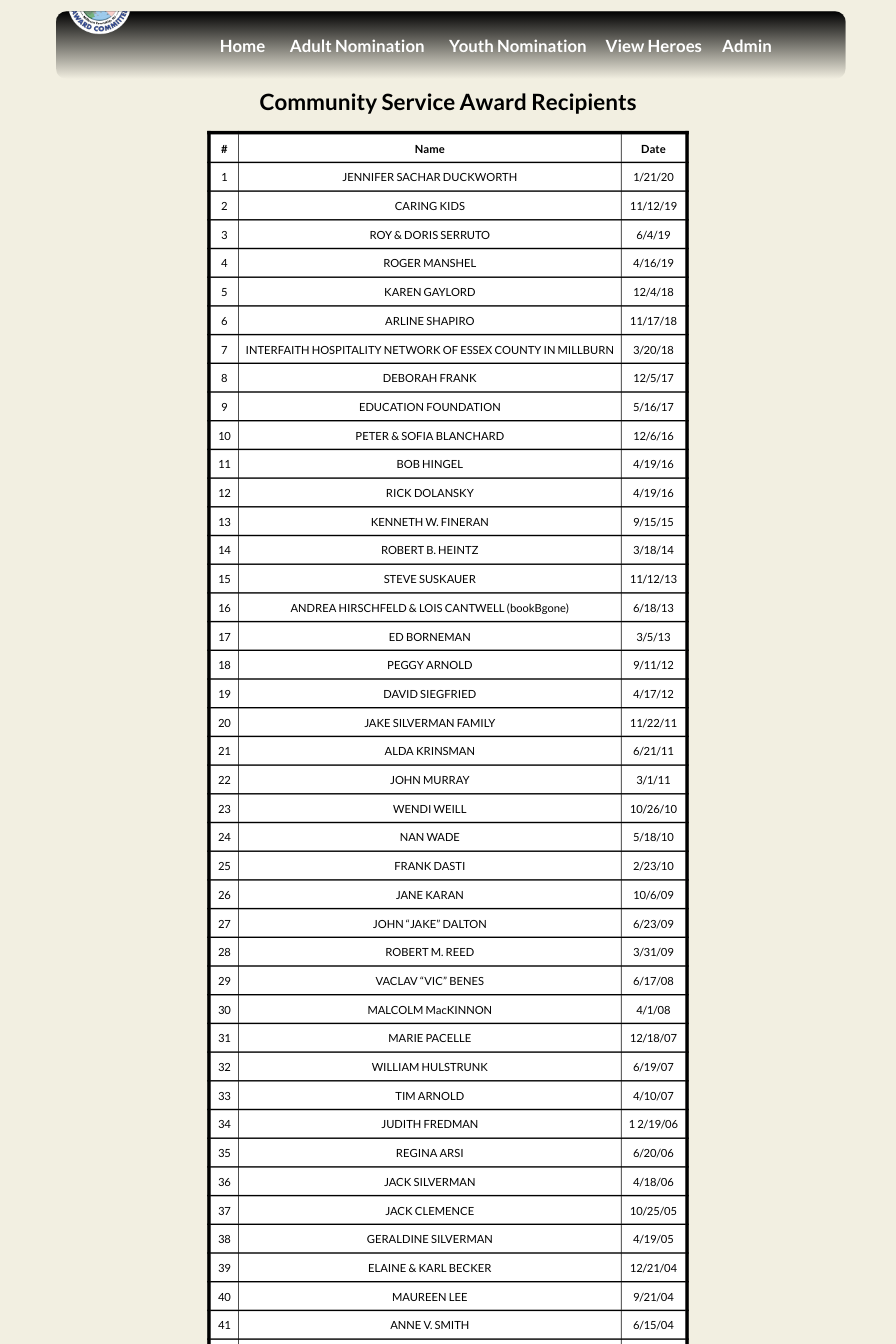
Repository: Centrattic/Young-Heroes-Website
Page: http://localhost/Frontend/before2020.php
These files come from the project's save history. The page is drawn as it stood at one moment and after the next save; the edit follows.
The browser window is 1280 px wide. The pictures show the part of the page from y = 0 to 1920 px (the page is 3723 px tall), at 70% of full size.
The page is run by PHP 8.4 with error messages shown; the project is at /var/www/html/.

Above is the page before, as saved 2020-12-21 14:15:29.

### Eagle Project/Frontend/before2020.php
<?php
require '../Backend/functions.php';
require '../Backend/dbhconnect.php';
?>

<html>
  <head>
    <link href="https://fonts.googleapis.com/css2?family=Lato:ital,wght@0,400;0,700;1,300;1,400&display=swap" rel="stylesheet">
    <link href="../CSS/home.css" rel="stylesheet" type="text/css" />

    <link rel = "stylesheet" href = "../CSS/navbar.css">
  </head>

  <body>

    <?php
        navbar();
    ?>

    <h1> Community Service Award Recipients</h1> <!-- Most recent first!!! -->
    <br>

    <style>
        #before2020-table {
            margin: 0 auto;
            border: 5px solid black;
            border-radius: 0px;
            background-color: white;
        }

        th,td {
            padding: 10px;
        }

        /*td:nth-child(1) {
            border-right: 2px solid black;
            border-radius: 0px;
            padding-bottom: 0px;
            margin-bottom: 0px;
        }*/

        tr {
            border: 2px solid black;
        }

    </style>

    <table id = "before2020-table" rules = "all">
        <tr>
            <th> # </th>
            <th> Name </th>
            <th> Date </th>
        </tr>
        <!-- Most to least recent-->


        <tr class = "last-of-year">
            <td> 1 </td>
            <td> JENNIFER SACHAR DUCKWORTH </td>
            <td> 1/21/20 </td>
        </tr>

		<tr>
            <td> 2 </td>
            <td> CARING KIDS </td>
            <td> 11/12/19 </td>
        </tr>

		<tr>
            <td> 3 </td>
            <td> ROY & DORIS SERRUTO </td>
            <td> 6/4/19 </td>
        </tr>

		<tr>
            <td> 4 </td>
            <td> ROGER MANSHEL</td>
            <td> 4/16/19 </td>
        </tr>

		<tr>
            <td> 5 </td>
            <td> KAREN GAYLORD </td>
            <td> 12/4/18 </td>
        </tr>

		<tr>
            <td> 6 </td>
            <td> ARLINE SHAPIRO</td>
            <td> 11/17/18 </td>
        </tr>

		<tr>
            <td> 7 </td>
            <td> INTERFAITH HOSPITALITY NETWORK OF ESSEX COUNTY IN MILLBURN </td>
            <td> 3/20/18 </td>
        </tr>

		<tr>
            <td> 8 </td>
            <td> DEBORAH FRANK </td>
            <td> 12/5/17 </td>
        </tr>

		<tr>
            <td> 9 </td>
            <td> EDUCATION FOUNDATION </td>
            <td> 5/16/17 </td>
        </tr>
		<tr>
            <td> 10 </td>
            <td> PETER & SOFIA BLANCHARD </td>
            <td> 12/6/16 </td>
        </tr>

		<tr>
            <td> 11 </td>
            <td> BOB HINGEL </td>
            <td> 4/19/16 </td>
        </tr>

		<tr>
            <td> 12 </td>
            <td> RICK DOLANSKY </td>
            <td> 4/19/16 </td>
        </tr>

		<tr>
            <td> 13 </td>
            <td> KENNETH W. FINERAN </td>
            <td> 9/15/15 </td>
        </tr>

		<tr>
            <td> 14 </td>
            <td> ROBERT B. HEINTZ </td>
            <td> 3/18/14 </td>
        </tr>

		<tr>
            <td> 15 </td>
            <td> STEVE SUSKAUER </td>
            <td> 11/12/13 </td>
        </tr>

		<tr>
            <td> 16 </td>
            <td> ANDREA HIRSCHFELD & LOIS CANTWELL (bookBgone) </td>
            <td> 6/18/13 </td>
        </tr>

		<tr>
            <td> 17 </td>
            <td> ED BORNEMAN </td>
            <td> 3/5/13 </td>
        </tr>

		<tr>
            <td> 18 </td>
            <td> PEGGY ARNOLD </td>
            <td> 9/11/12 </td>
        </tr>

		<tr>
            <td> 19 </td>
            <td> DAVID SIEGFRIED </td>
            <td> 4/17/12 </td>
        </tr>

		<tr>
            <td> 20 </td>
            <td> JAKE SILVERMAN FAMILY </td>
            <td> 11/22/11 </td>
        </tr>

		<tr>
            <td> 21 </td>
            <td> ALDA KRINSMAN </td>
            <td> 6/21/11 </td>
        </tr>

		<tr>
            <td> 22 </td>
            <td> JOHN MURRAY </td>
            <td> 3/1/11 </td>
        </tr>

		<tr>
            <td> 23 </td>
            <td> WENDI WEILL </td>
            <td> 10/26/10 </td>
        </tr>

		<tr>
            <td> 24 </td>
            <td> NAN WADE </td>
            <td> 5/18/10 </td>
        </tr>

        <tr>
            <td> 25 </td>
            <td> FRANK DASTI </td>
            <td> 2/23/10 </td>
        </tr>

        <tr>
            <td> 26 </td>
            <td> JANE KARAN </td>
            <td> 10/6/09 </td>
        </tr>

        <tr>
            <td> 27 </td>
            <td> JOHN “JAKE” DALTON </td>
            <td> 6/23/09 </td>
        </tr>

        <tr>
            <td> 28 </td>
            <td> ROBERT M. REED </td>
            <td> 3/31/09 </td>
        </tr>

        <tr>
            <td> 29 </td>
            <td> VACLAV “VIC” BENES </td>
            <td> 6/17/08 </td>
        </tr>

		<tr>
            <td> 30 </td>
            <td> MALCOLM MacKINNON </td>
            <td> 4/1/08 </td>
        </tr>

		<tr>
            <td> 31 </td>
            <td> MARIE PACELLE </td>
            <td> 12/18/07 </td>
        </tr>

		<tr>
            <td> 32 </td>
            <td> WILLIAM HULSTRUNK </td>
            <td> 6/19/07 </td>
        </tr>

		<tr>
            <td> 33 </td>
            <td> TIM ARNOLD </td>
            <td> 4/10/07 </td>
        </tr>

		<tr>
            <td> 34 </td>
            <td> JUDITH FREDMAN </td>
            <td> 1 2/19/06 </td>
        </tr>

		<tr>
            <td> 35 </td>
            <td> REGINA ARSI </td>
            <td> 6/20/06 </td>
        </tr>

		<tr>
            <td> 36 </td>
            <td> JACK SILVERMAN </td>
            <td> 4/18/06 </td>
        </tr>

        <tr>
            <td> 37 </td>
            <td> JACK CLEMENCE </td>
            <td> 10/25/05 </td>
        </tr>

        <tr>
            <td> 38 </td>
            <td> GERALDINE SILVERMAN </td>
            <td> 4/19/05 </td>
        </tr>

        <tr>
            <td> 39 </td>
            <td> ELAINE & KARL BECKER </td>
            <td> 12/21/04 </td>
        </tr>

		<tr>
            <td> 40 </td>
            <td> MAUREEN LEE </td>
            <td> 9/21/04 </td>
        </tr>

		<tr>
            <td> 41 </td>
            <td> ANNE V. SMITH </td>
            <td> 6/15/04 </td>
        </tr>

		<tr>
            <td> 42 </td>
            <td> W. OWEN LAMPE </td>
            <td> 4/8/04 </td>
        </tr>

		<tr>
            <td> 43 </td>
            <td> EVA GOTTSCHO </td>
            <td> 12/2/03 </td>
        </tr>

		<tr>
            <td> 44 </td>
            <td> WILLIAM E. JUDES </td>
            <td> 6/10/03 </td>
        </tr>

		<tr>
            <td> 45 </td>
            <td> DELIA WALBRIDGE </td>
            <td> 12/3/02 </td>
        </tr>

		<tr>
            <td> 46 </td>
            <td> SHARON & AVI BRENDER </td>
            <td> 9/10/02 </td>
        </tr>

		<tr>
            <td> 47 </td>
            <td> ANGELO Del ROSSI </td>
            <td> 6/11/02 </td>
        </tr>

		<tr>
            <td> 48 </td>
            <td> LOUISE GILI </td>
            <td> 11/20/01 </td>
        </tr>

		<tr>
            <td> 49 </td>
            <td> THOMAS J. EAKLEY </td>
            <td> 8/21/01 </td>
        </tr>

		<tr>
            <td> 50 </td>
            <td> SHERMAN T. BREWER, JR. </td>
            <td> 3/20/01 </td>
        </tr>

		<tr>
            <td> 51 </td>
            <td> MARK GUTERMAN </td>
            <td> 12/5/00 </td>
        </tr>

		<tr>
            <td> 52 </td>
            <td> ELEANOR T. McGLAUGHLIN </td>
            <td> 9/19/00 </td>
        </tr>

		<tr>
            <td> 53 </td>
            <td> JOAN DAESCHLER </td>
            <td> 6/13/00 </td>
        </tr>

		<tr>
            <td> 54 </td>
            <td> WALTER JEFFREY, JR. </td>
            <td> 4/18/00 </td>
        </tr>

		<tr>
            <td> 55 </td>
            <td> DR. PAUL KEARNEY </td>
            <td> 11/9/99 </td>
        </tr>

		<tr>
            <td> 56 </td>
            <td> LEIGH GIFFORD </td>
            <td> 4/13/99 </td>
        </tr>

		<tr>
            <td> 57 </td>
            <td> LYNNE RANIERI </td>
            <td> 12/15/98 </td>
        </tr>

		<tr>
            <td> 58 </td>
            <td> ELAINE BIRNHOLZ </td>
            <td> 10/20/98 </td>
        </tr>

		<tr>
            <td> 59 </td>
            <td> NANCY GOAT </td>
            <td> 6/9/98 </td>
        </tr>

		<tr>
            <td> 60 </td>
            <td> JAMES LAURIE </td>
            <td> 3/17/98 </td>
        </tr>




		<tr>
            <td> 61 </td>
            <td> JOAN BORNEMAN </td>
            <td> 12/16/97 </td>
        </tr>

		<tr>
            <td> 62 </td>
            <td> PHYLLIS KINGSBURY </td>
            <td> 10/7/97 </td>
        </tr>

		<tr>
            <td> 63 </td>
            <td> LINDSEY REBECCA HUSTON </td>
            <td> 6/24/97 </td>
        </tr>

		<tr>
            <td> 64 </td>
            <td> ALFRED H. CONNELLEE </td>
            <td> 4/19/97 </td>
        </tr>

		<tr>
            <td> 65 </td>
            <td> HARRIET LOWENGRUB </td>
            <td> 12/3/96 </td>
        </tr>

		<tr>
            <td> 66 </td>
            <td> JOHN S. WARE </td>
            <td> 6/25/96 </td>
        </tr>

        <tr>
            <td> 67 </td>
            <td> SUSANNAH J. LIKINS </td>
            <td> 3/19/96 </td>
        </tr>

        <tr>
            <td> 68 </td>
            <td> IRIS STOLOFF </td>
            <td> 12/5/95 </td>
        </tr>

        <tr>
            <td> 69 </td>
            <td> DOUGLAS REED </td>
            <td> 9/5/95 </td>
        </tr>

		<tr>
            <td> 70 </td>
            <td> CHARLES T. & DOROTHY KING </td>
            <td> 6/27/95 </td>
        </tr>

		<tr>
            <td> 71 </td>
            <td> ROBERT E. MARSHALL </td>
            <td> 3/21/95 </td>
        </tr>

        <tr>
            <td> 72 </td>
            <td> LOUIS J. KURTZ </td>
            <td> 2/6/94 </td>
        </tr>

		<tr>
            <td> 73 </td>
            <td> LEZETTE PROUD </td>
            <td> 9/13/94 </td>
        </tr>

		<tr>
            <td> 74 </td>
            <td> LAUREN HUSTON </td>
            <td> 6/14/94 </td>
        </tr>

		<tr>
            <td> 75 </td>
            <td> DONALD L. CAMPBELL </td>
            <td> 7/6/93 </td>
        </tr>

		<tr>
            <td> 76 </td>
            <td> MAUREEN S. SILVER </td>
            <td> 4/27/93 </td>
        </tr>

        <tr>
            <td> 77 </td>
            <td> STEPHEN LEIT </td>
            <td> 6/16/92 </td>
        </tr>

        <tr>
            <td> 78 </td>
            <td> MURIEL SCHWARTZSTEIN </td>
            <td> 5/5/92 </td>
        </tr>

        <tr>
            <td> 79 </td>
            <td> EVELYN ORTNER </td>
            <td> 3/3/92 </td>
        </tr>

        <tr>
            <td> 80 </td>
            <td> LINDA McDONOUGH </td>
            <td> 12/17/91 </td>
        </tr>

        <tr>
            <td> 81 </td>
            <td> ALFRED T. PEDECINE </td>
            <td> 9/3/91 </td>
        </tr>

        <tr>
            <td> 82 </td>
            <td> EDITH CONNELLEE </td>
            <td> 8/16/91 </td>
        </tr>

        <tr>
            <td> 83 </td>
            <td> LORI FRIEDMAN </td>
            <td> 6/11/91 </td>
        </tr>

        <tr>
            <td> 84 </td>
            <td> WILLIAM CONROE </td>
            <td> 5/21/91 </td>
        </tr>

        <tr>
            <td> 87 </td>
            <td> ELIZABETH NAUGHTON </td>
            <td> 5/5/91 </td>
        </tr>

    </table>








</body>
</html>

### Eagle Project/Backend/dbhconnect.php
<?php
  $servername = "localhost";
  $dbUsername = "root";
  $dbPassword = "";
  $dbName = "young_heroes";

  //connecting to database
  $connection = new mysqli($servername, $dbUsername, $dbPassword, $dbName);

  //error message if connection fails
  if(!$connection){
    die("Connection failed: ".mysqli_connect_error());
  }
?>

### Eagle Project/CSS/home.css
* {
    text-align: center;
    padding: 2px;
    margin: 2px;
    font-family: 'Lato', sans-serif;
    border-radius: 15px;

}

body {
    background-color: #F2EFE1;

}

#homepicgrid {
    display: grid;
    width: auto;
    height: 30%;

    grid-template-columns: auto auto auto auto;
    grid-template-rows: auto;
}

#homepicgrid img {
    height: 100%;
    object-fit: cover;
    width: 100%;
}


#homepagetitle {
    font-size: 2em;
    width: auto;
    background-color: white;
    padding: 10px;
    margin: 5px;
}



#hometextgrid {
    display: grid;
    width: auto;
    margin: 0 auto;
    grid-template-columns: auto auto auto;
    grid-template-rows: auto auto;
}

#hometextgrid div {
    background-color: #E2DECC;
    padding: 20px;
}


#CSAChistory {
    background-color: #E2DECC;
    padding: 20px;
    padding-top: 0;
    margin: 10px 0;
}
#impact {
    background-color: white;
    width: 35%;
    margin: 2% auto;
    border: 10px solid transparent;
    border-image: url("../Images/borderhome.jpg") 30 round !important;
}

#impact h3 {
    margin: 15%;
}


#getinvolved {
    background-image: url("../Images/millburnblossoms.jpg");
    height: 60%;
    display: flex;
    align-items: center;
    justify-content: center;
}

#nominateahero {
    width: 70%;
    padding: 0 20px;
    background-color:  #F2EFE1;
}

#getinvolved p {
    margin: 10px;
}

button {
    font-size: 1em;
}

### Eagle Project/CSS/navbar.css
* {
    text-align: center;
    font-family: 'Lato', sans-serif;
}

body {
    background-color: #F2EFE1;
}


.menu-area li{
    display: inline;
    color: white;
    font-weight: bold;
    font-size: 1.5em;
    padding-bottom: 10px;
}

.menu-area .non-dropdown a{
    display: inline-block;
    padding: 30px 10px;
    color: white;
    box-sizing: border-box;

}

.menu-area a {
    text-decoration: none;
    color: white;
}

.menu-area .nav-dropdown .dropdown-content li a{
    display: inline-block;
    text-align: center;
    padding: 14px 16px;
    text-decoration: none;
}

.menu-area {
    width: 100%;
    background-image: linear-gradient(black, #F2EFE1);
    overflow: hidden;
    border-radius: 15px;
}

.menu-area .non-dropdown:hover{
    border-radius: 0px;
    border-bottom: 10px solid aliceblue;
}

.menu-area li a {
    box-sizing: border-box;
}

.nav-dropbtn {
    text-decoration: none;
    color: white;
}

/*FIX THIS LATER*/


#logout {
    all: unset;
}

body {
    margin: 0 5%;
}

/* ------------------*/



li.nav-dropdown {
    display: inline-block;
}

.dropdown-content {
    display: none;
    position: absolute;
    background-color: #f9f9f9;
    min-width: 150px;
    box-shadow: 0px 8px 16px 0px rgba(0,0,0,0.2);
    z-index: 1;

}

.dropdown-content a {
    color: black;
    padding: 12px 16px;
    text-decoration: none;
    display: block;
    font-size: .9em;
    text-align: left;
}


.dropdown-content a:hover {
    background-color: #f1f1f1;
}


.nav-dropdown:hover .dropdown-content {
    display: block;
    border-radius: 0px;
}


/* Footer*/



.site-footer {
    background-color: #E2DECC;
      text-align: center;
      margin: 10px 0;
      padding: 10px 0;
  }

  #social-wrapper {
      text-align: center;
  }

  /*Social Media Icons*/
  .social-wrapper {
      text-align: center;
  }

  .social-wrapper ul li {
      display: inline;
      margin: 0 5px;
  }

  .twitter-icon,
  .facebook-icon,
  .instagram-icon,
  .linkedin-icon,
  .googleplus-icon,
  .youtube-icon,
  .foursquare-icon{
      margin-top: .625em;
      width: 40px;
      height: 40px;
      opacity: .6;
      filter: alpha(opacity=60); /* For IE8 and earlier */
    border-radius: 25px;
  }

  .twitter-icon:hover,
  .facebook-icon:hover,
  .instagram-icon:hover,
  .linkedin-icon:hover,
  .googleplus-icon:hover,
  .youtube-icon:hover,
  .foursquare-icon:hover {
      opacity: 1.0;
      filter: alpha(opacity=100); /* For IE8 and earlier */
  }

  .footer-nav p {
      text-align: center;
  }

Loaded but not shown: Eagle Project/Backend/functions.php (1101 lines, source omitted)

After the next save:
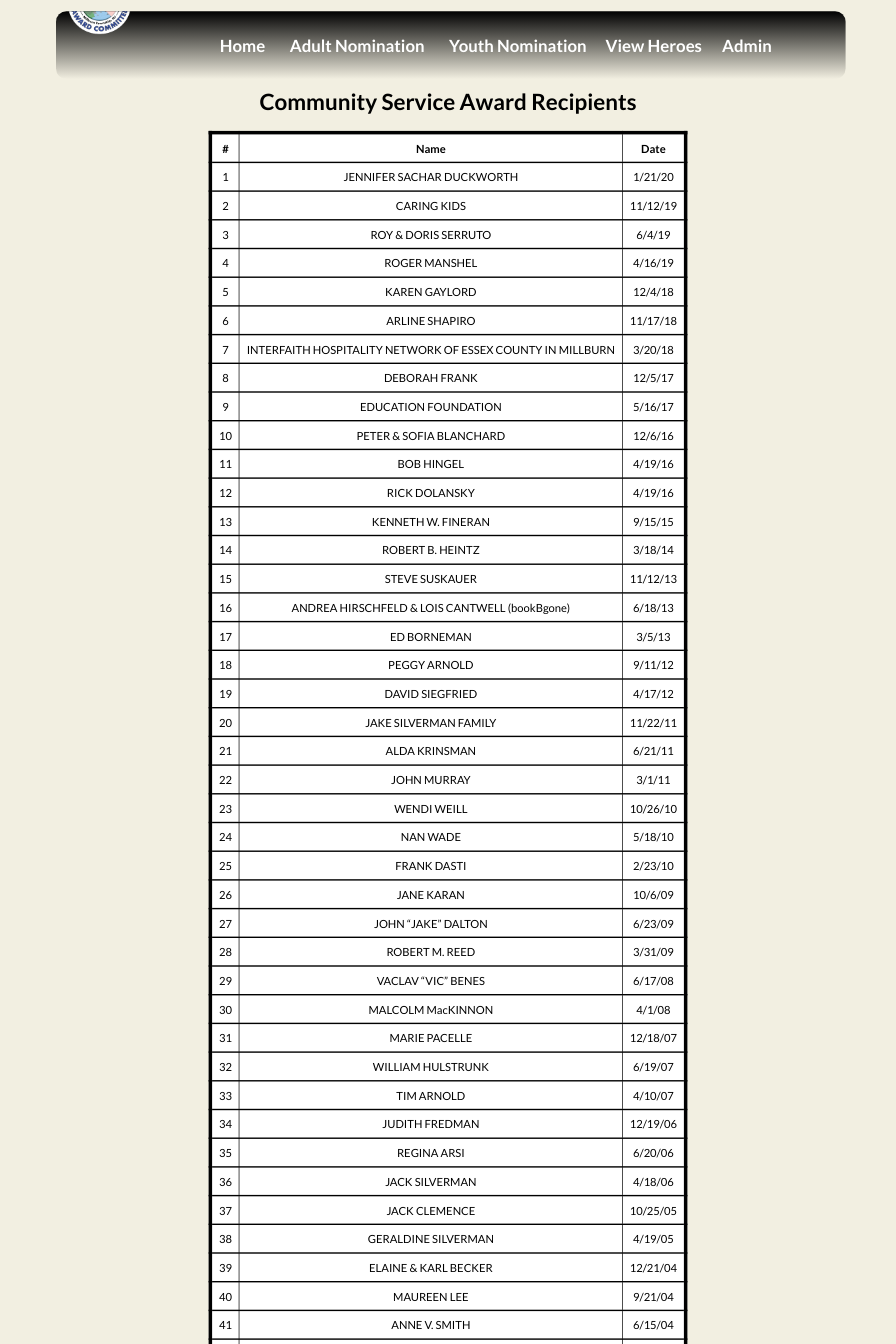
Saved 2 min 39 s later.
--- a/Eagle Project/Frontend/before2020.php
+++ b/Eagle Project/Frontend/before2020.php
@@ -72,7 +72,7 @@ require '../Backend/dbhconnect.php';
             <td> 6/4/19 </td>
         </tr>
 
-		<tr>
+		<tr class = "last-of-year">
             <td> 4 </td>
             <td> ROGER MANSHEL</td>
             <td> 4/16/19 </td>
@@ -90,7 +90,7 @@ require '../Backend/dbhconnect.php';
             <td> 11/17/18 </td>
         </tr>
 
-		<tr>
+		<tr class = "last-of-year">
             <td> 7 </td>
             <td> INTERFAITH HOSPITALITY NETWORK OF ESSEX COUNTY IN MILLBURN </td>
             <td> 3/20/18 </td>
@@ -102,7 +102,7 @@ require '../Backend/dbhconnect.php';
             <td> 12/5/17 </td>
         </tr>
 
-		<tr>
+		<tr class = "last-of-year">
             <td> 9 </td>
             <td> EDUCATION FOUNDATION </td>
             <td> 5/16/17 </td>
@@ -119,19 +119,19 @@ require '../Backend/dbhconnect.php';
             <td> 4/19/16 </td>
         </tr>
 
-		<tr>
+		<tr class = "last-of-year">
             <td> 12 </td>
             <td> RICK DOLANSKY </td>
             <td> 4/19/16 </td>
         </tr>
 
-		<tr>
+		<tr class = "last-of-year">
             <td> 13 </td>
             <td> KENNETH W. FINERAN </td>
             <td> 9/15/15 </td>
         </tr>
 
-		<tr>
+		<tr class = "last-of-year">
             <td> 14 </td>
             <td> ROBERT B. HEINTZ </td>
             <td> 3/18/14 </td>
@@ -149,7 +149,7 @@ require '../Backend/dbhconnect.php';
             <td> 6/18/13 </td>
         </tr>
 
-		<tr>
+		<tr class = "last-of-year">
             <td> 17 </td>
             <td> ED BORNEMAN </td>
             <td> 3/5/13 </td>
@@ -161,7 +161,7 @@ require '../Backend/dbhconnect.php';
             <td> 9/11/12 </td>
         </tr>
 
-		<tr>
+		<tr class = "last-of-year">
             <td> 19 </td>
             <td> DAVID SIEGFRIED </td>
             <td> 4/17/12 </td>
@@ -179,7 +179,7 @@ require '../Backend/dbhconnect.php';
             <td> 6/21/11 </td>
         </tr>
 
-		<tr>
+		<tr class = "last-of-year">
             <td> 22 </td>
             <td> JOHN MURRAY </td>
             <td> 3/1/11 </td>
@@ -197,7 +197,7 @@ require '../Backend/dbhconnect.php';
             <td> 5/18/10 </td>
         </tr>
 
-        <tr>
+        <tr class = "last-of-year">
             <td> 25 </td>
             <td> FRANK DASTI </td>
             <td> 2/23/10 </td>
@@ -215,7 +215,7 @@ require '../Backend/dbhconnect.php';
             <td> 6/23/09 </td>
         </tr>
 
-        <tr>
+        <tr class = "last-of-year">
             <td> 28 </td>
             <td> ROBERT M. REED </td>
             <td> 3/31/09 </td>
@@ -227,7 +227,7 @@ require '../Backend/dbhconnect.php';
             <td> 6/17/08 </td>
         </tr>
 
-		<tr>
+		<tr class = "last-of-year">
             <td> 30 </td>
             <td> MALCOLM MacKINNON </td>
             <td> 4/1/08 </td>
@@ -245,7 +245,7 @@ require '../Backend/dbhconnect.php';
             <td> 6/19/07 </td>
         </tr>
 
-		<tr>
+		<tr class = "last-of-year">
             <td> 33 </td>
             <td> TIM ARNOLD </td>
             <td> 4/10/07 </td>
@@ -254,7 +254,7 @@ require '../Backend/dbhconnect.php';
 		<tr>
             <td> 34 </td>
             <td> JUDITH FREDMAN </td>
-            <td> 1 2/19/06 </td>
+            <td> 12/19/06 </td>
         </tr>
 
 		<tr>
@@ -263,7 +263,7 @@ require '../Backend/dbhconnect.php';
             <td> 6/20/06 </td>
         </tr>
 
-		<tr>
+		<tr class = "last-of-year">
             <td> 36 </td>
             <td> JACK SILVERMAN </td>
             <td> 4/18/06 </td>
@@ -275,7 +275,7 @@ require '../Backend/dbhconnect.php';
             <td> 10/25/05 </td>
         </tr>
 
-        <tr>
+        <tr class = "last-of-year">
             <td> 38 </td>
             <td> GERALDINE SILVERMAN </td>
             <td> 4/19/05 </td>
@@ -299,7 +299,7 @@ require '../Backend/dbhconnect.php';
             <td> 6/15/04 </td>
         </tr>
 
-		<tr>
+		<tr class = "last-of-year">
             <td> 42 </td>
             <td> W. OWEN LAMPE </td>
             <td> 4/8/04 </td>
@@ -311,7 +311,7 @@ require '../Backend/dbhconnect.php';
             <td> 12/2/03 </td>
         </tr>
 
-		<tr>
+		<tr class = "last-of-year">
             <td> 44 </td>
             <td> WILLIAM E. JUDES </td>
             <td> 6/10/03 </td>
@@ -329,7 +329,7 @@ require '../Backend/dbhconnect.php';
             <td> 9/10/02 </td>
         </tr>
 
-		<tr>
+		<tr class = "last-of-year">
             <td> 47 </td>
             <td> ANGELO Del ROSSI </td>
             <td> 6/11/02 </td>
@@ -347,7 +347,7 @@ require '../Backend/dbhconnect.php';
             <td> 8/21/01 </td>
         </tr>
 
-		<tr>
+		<tr class = "last-of-year">
             <td> 50 </td>
             <td> SHERMAN T. BREWER, JR. </td>
             <td> 3/20/01 </td>
@@ -371,7 +371,7 @@ require '../Backend/dbhconnect.php';
             <td> 6/13/00 </td>
         </tr>
 
-		<tr>
+		<tr class = "last-of-year">
             <td> 54 </td>
             <td> WALTER JEFFREY, JR. </td>
             <td> 4/18/00 </td>
@@ -383,7 +383,7 @@ require '../Backend/dbhconnect.php';
             <td> 11/9/99 </td>
         </tr>
 
-		<tr>
+		<tr class = "last-of-year">
             <td> 56 </td>
             <td> LEIGH GIFFORD </td>
             <td> 4/13/99 </td>
@@ -407,15 +407,12 @@ require '../Backend/dbhconnect.php';
             <td> 6/9/98 </td>
         </tr>
 
-		<tr>
+		<tr class = "last-of-year">
             <td> 60 </td>
             <td> JAMES LAURIE </td>
             <td> 3/17/98 </td>
         </tr>
 
-
-
-
 		<tr>
             <td> 61 </td>
             <td> JOAN BORNEMAN </td>
@@ -434,7 +431,7 @@ require '../Backend/dbhconnect.php';
             <td> 6/24/97 </td>
         </tr>
 
-		<tr>
+		<tr class = "last-of-year">
             <td> 64 </td>
             <td> ALFRED H. CONNELLEE </td>
             <td> 4/19/97 </td>
@@ -452,7 +449,7 @@ require '../Backend/dbhconnect.php';
             <td> 6/25/96 </td>
         </tr>
 
-        <tr>
+        <tr class = "last-of-year">
             <td> 67 </td>
             <td> SUSANNAH J. LIKINS </td>
             <td> 3/19/96 </td>
@@ -476,7 +473,7 @@ require '../Backend/dbhconnect.php';
             <td> 6/27/95 </td>
         </tr>
 
-		<tr>
+		<tr class = "last-of-year">
             <td> 71 </td>
             <td> ROBERT E. MARSHALL </td>
             <td> 3/21/95 </td>
@@ -494,7 +491,7 @@ require '../Backend/dbhconnect.php';
             <td> 9/13/94 </td>
         </tr>
 
-		<tr>
+		<tr class = "last-of-year">
             <td> 74 </td>
             <td> LAUREN HUSTON </td>
             <td> 6/14/94 </td>
@@ -506,7 +503,7 @@ require '../Backend/dbhconnect.php';
             <td> 7/6/93 </td>
         </tr>
 
-		<tr>
+		<tr class = "last-of-year">
             <td> 76 </td>
             <td> MAUREEN S. SILVER </td>
             <td> 4/27/93 </td>
@@ -524,7 +521,7 @@ require '../Backend/dbhconnect.php';
             <td> 5/5/92 </td>
         </tr>
 
-        <tr>
+        <tr class = "last-of-year">
             <td> 79 </td>
             <td> EVELYN ORTNER </td>
             <td> 3/3/92 </td>
